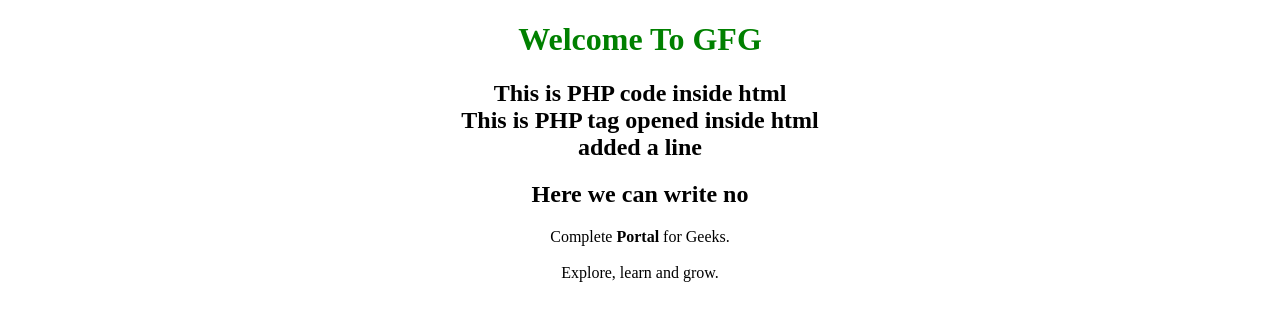
Repository: Sahanaranjith/php_projectgh
Page: http://localhost/example1.php
An editor plug-in stored every save of this project. The page is shown before and after the next save, followed by the edit.
The browser window is 1280 px wide. The pictures show the whole page.
The page is run by PHP 8.4 with error messages shown; the project is at /var/www/html/.

Above is the page before, as saved 2022-12-14 11:10:35.

### example1.php
<!DOCTYPE html>
<html>

<head>
    <style>
        h1 {
            color: green;
        }
    </style>
</head>

<body>
    <center>
        <h1>Welcome To GFG</h1>

        <h2>
            <?php
            echo "This is PHP code inside html<br>";
            echo "This is PHP tag opened inside html<br>";
            echo "added a line";
            ?>
        </h2>

        <p><h2>Here we can write no</h2>
            <?php
            echo "Complete <strong>Portal</strong> for Geeks."
            ?>
            <br><br>
            <?php
            echo 'Explore, learn and grow.'
            ?>
        </p>
    </center>
</body>

</html>

After the next save:
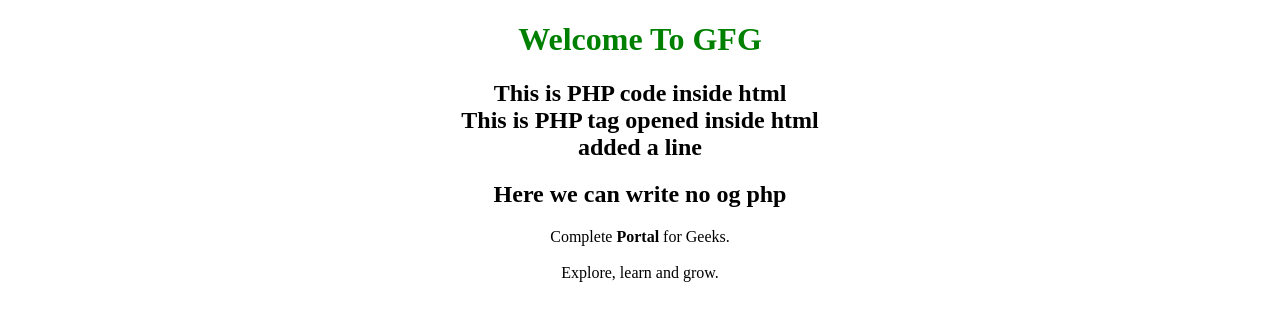
Saved 5 s later.
--- a/example1.php
+++ b/example1.php
@@ -21,7 +21,7 @@
             ?>
         </h2>
 
-        <p><h2>Here we can write no</h2>
+        <p><h2>Here we can write no og php</h2>
             <?php
             echo "Complete <strong>Portal</strong> for Geeks."
             ?>
